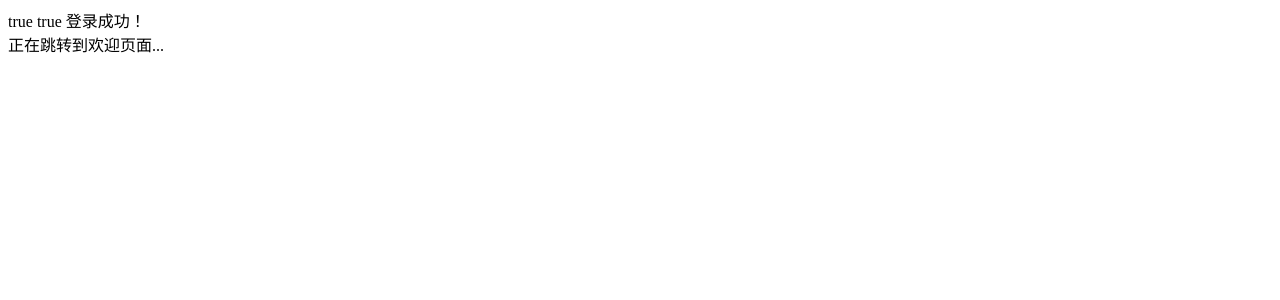
Repository: Matty-GCU/MyEclipse
Page: http://localhost/JavaWeb/chapter07_JSP_built_in_Object_1/homework/check.jsp
An editor plug-in stored every save of this project. The page is shown before and after the next save, followed by the edit.
The browser window is 1280 px wide. The pictures show the whole page.
The page is served by Tomcat 9.

Above is the page before, as saved 2021-10-26 03:11:58.

After the next save:
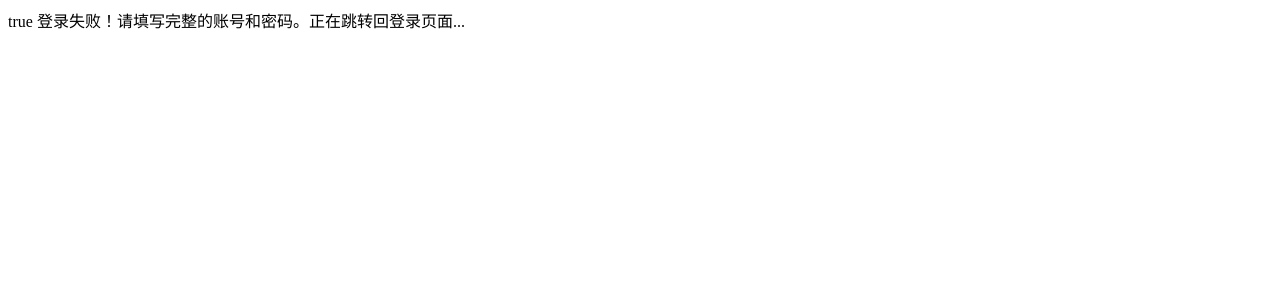
Saved 58 s later.
--- a/JavaWeb/WebRoot/chapter07_JSP_built_in_Object_1/homework/check.jsp
+++ b/JavaWeb/WebRoot/chapter07_JSP_built_in_Object_1/homework/check.jsp
@@ -9,10 +9,10 @@
 			String account = request.getParameter("account");
 			String psw = request.getParameter("psw");
 			String rememberPsw = request.getParameter("rememberPsw");
-			out.println(account==null);
+			out.println();
 			out.println(psw==null);
 			//检查账号密码的完整性
-			if("".equals(account) || "".equals(psw)) {
+			if(account==null || psw==null || "".equals(account) || "".equals(psw)) {
 				out.println("登录失败！请填写完整的账号和密码。正在跳转回登录页面...");
 				response.setHeader("refresh","1,url=login.jsp");
 			}
